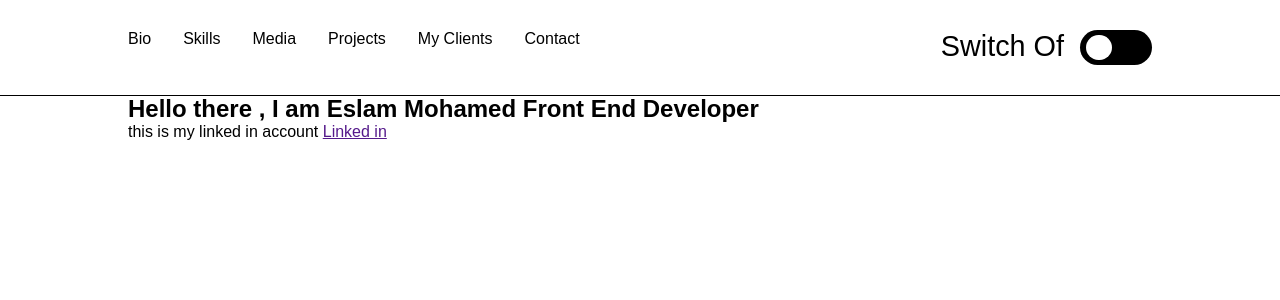
Repository: Eslam0Mohamed/portfolio
Page: index.html
The author's editor kept a copy of each file at every save. The page is drawn from the files as they stood at one save, then again after a run of saves.
The browser window is 1280 px wide. The pictures show the whole page.

Above is the page before, as saved 2024-07-13 23:26:35.

After the next 2 saves:
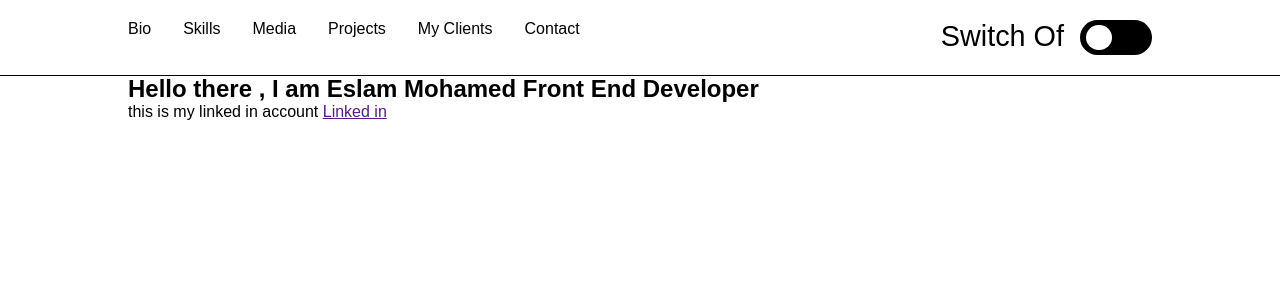
The 2 saves are shown as one change because they came seconds apart.
The last was saved 11 s later.
--- a/css/style.css
+++ b/css/style.css
@@ -71,7 +71,7 @@ body {
 }
 
 .header {
-    padding: 30px 0;
+    padding: 20px 0;
     position: relative;
     display: flex;
     justify-content: center;
